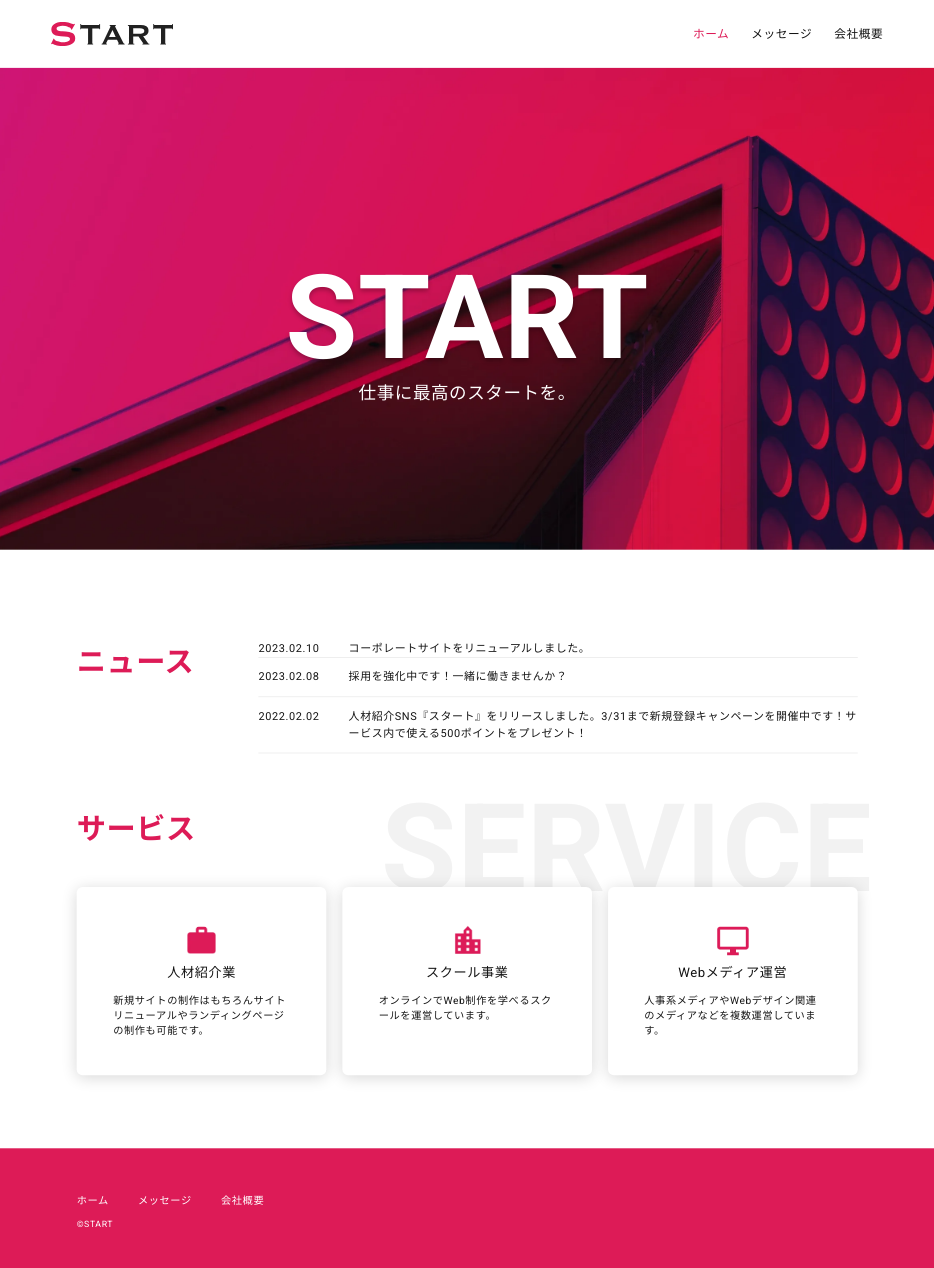
Repository: tetishi/tetishi.github.io
Page: index.html
The author's editor kept a copy of each file at every save. The page is drawn from the files as they stood at one save, then again after the next save.
The browser window is 1280 px wide. The pictures show the whole page, at 73% of full size.

Above is the page before, as saved 2023-07-16 21:25:41.

After the next save:
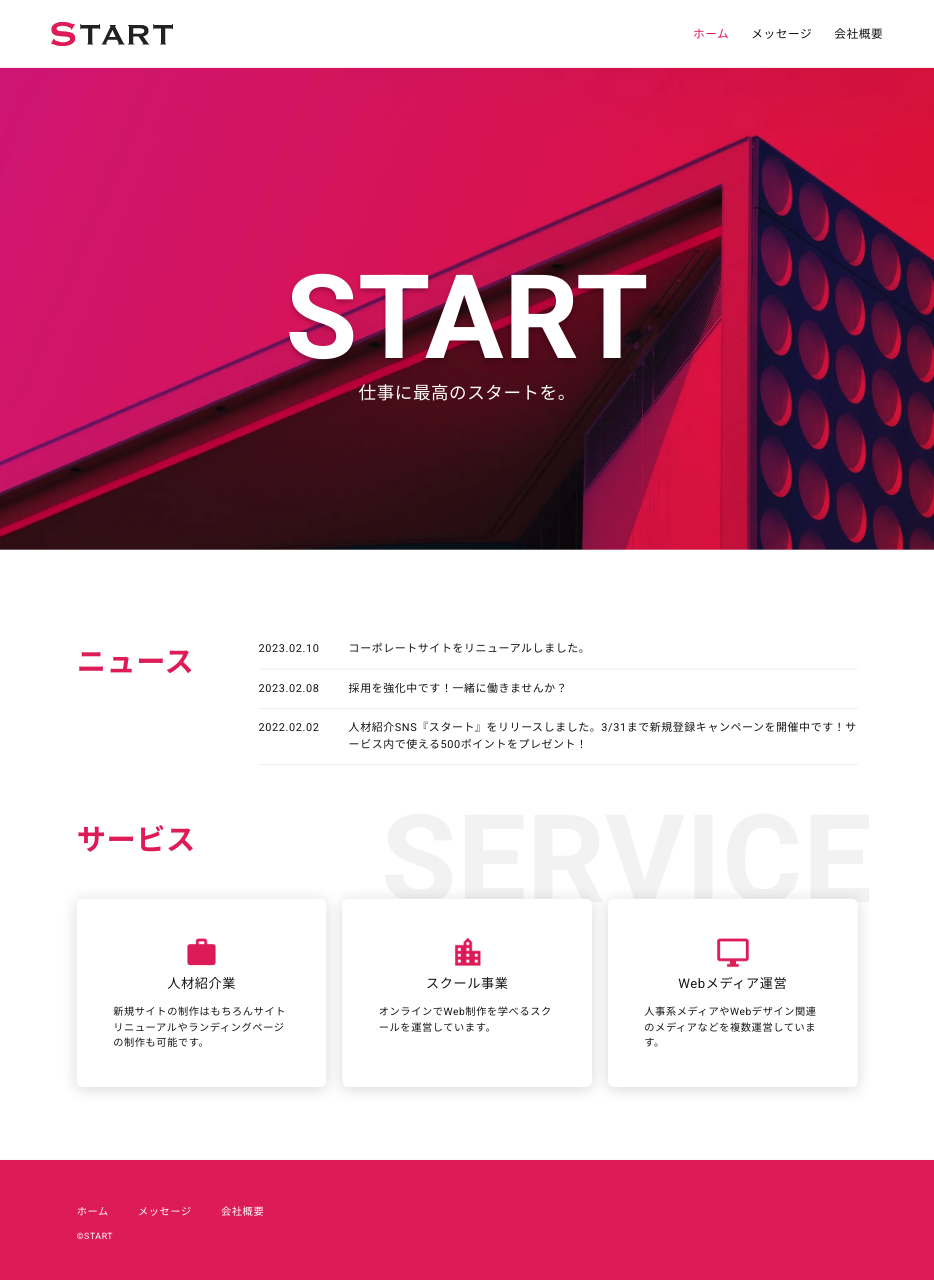
Saved 4 s later.
--- a/css/style.css
+++ b/css/style.css
@@ -113,7 +113,7 @@ a {
     font-size: 1.5rem;
 }
 .news-item:first-of-type {
-    padding: 0 0 ;
+    padding: 0 0 16px 0;
 }
 .news-item a {
     margin-left: 40px;
